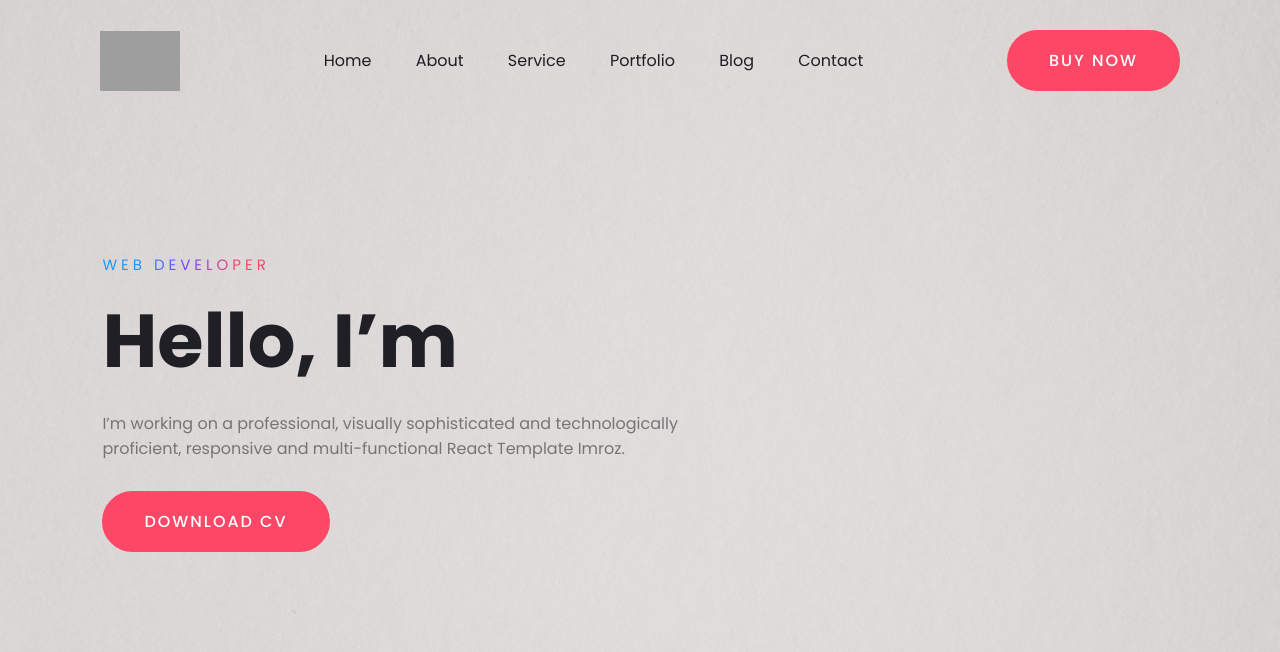
Repository: pilar122/port
Page: index.html
The author's editor kept a copy of each file at every save. The page is drawn from the files as they stood at one save, then again after the next save.
The browser window is 1280 px wide. The pictures show the whole page.
Pictures or frames that could not be fetched are drawn as grey boxes.

Above is the page before, as saved 2022-01-29 11:34:15.

After the next save:
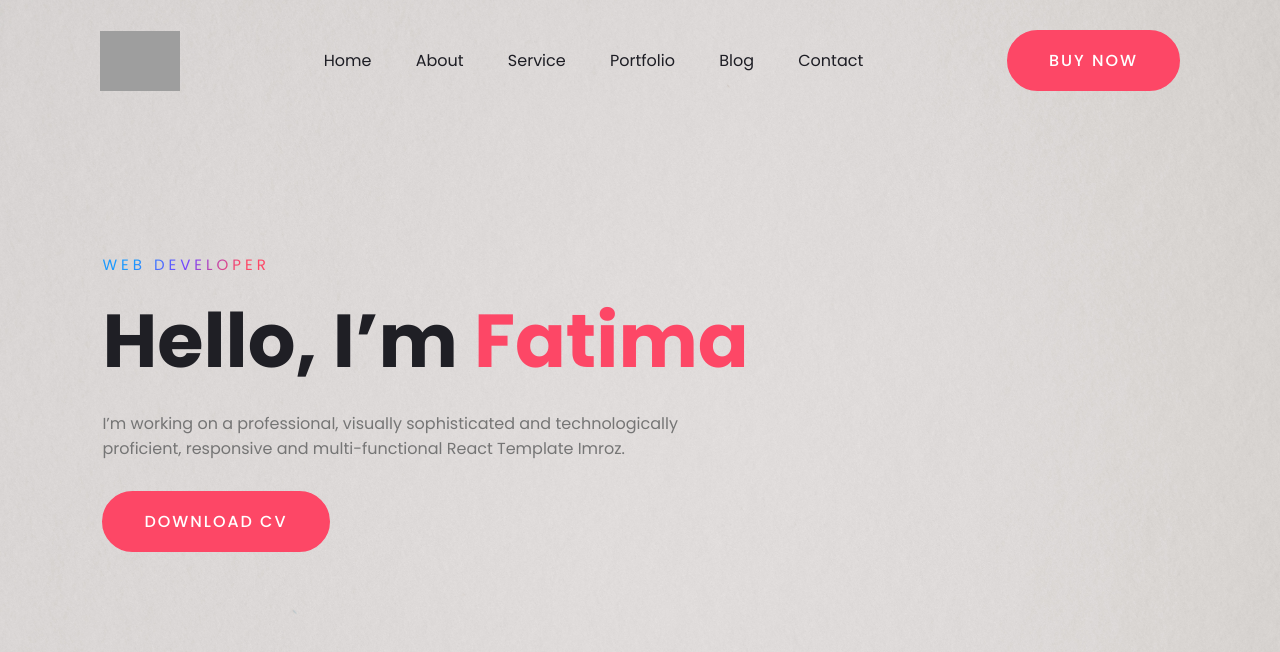
Saved 16 s later.
--- a/index.html
+++ b/index.html
@@ -22,7 +22,7 @@
         </nav>
         <div class="content">
             <span class="title">Web Developer</span>
-            <h1>Hello, I’m <span></span></h1>
+            <h1>Hello, I’m <span>Fatima</span></h1>
             <p>I’m working on a professional, visually sophisticated and technologically proficient, responsive and multi-functional React Template Imroz.</p>
             <a href="#" class="btn">Download CV</a>
         </div>
